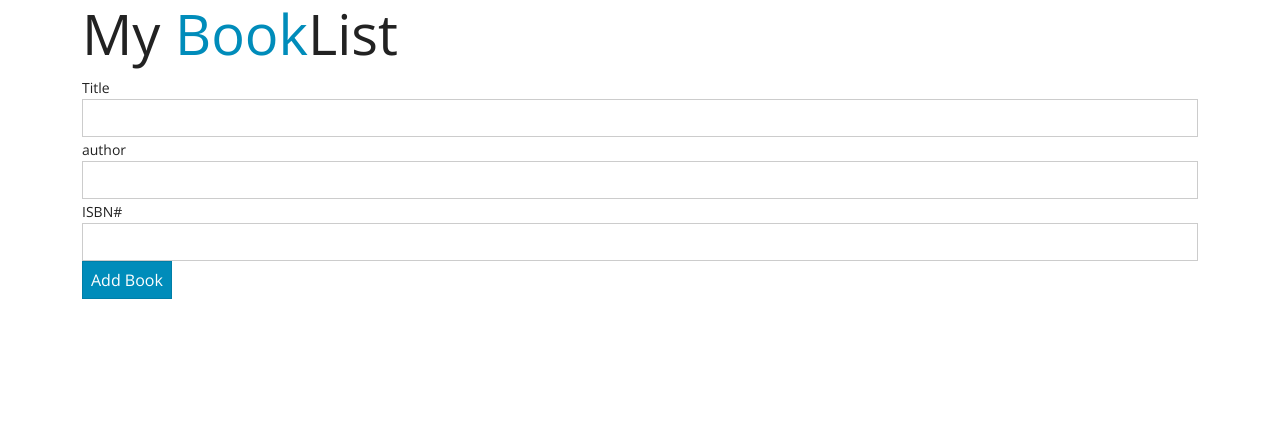
Repository: Fauzaanmhmd/vanillaBookList
Page: index.html
These files come from the project's save history. The page is drawn as it stood at one moment and after the next save; the edit follows.
The browser window is 1280 px wide. The pictures show the whole page.

Above is the page before, as saved 2022-02-15 02:44:54.

After the next save:
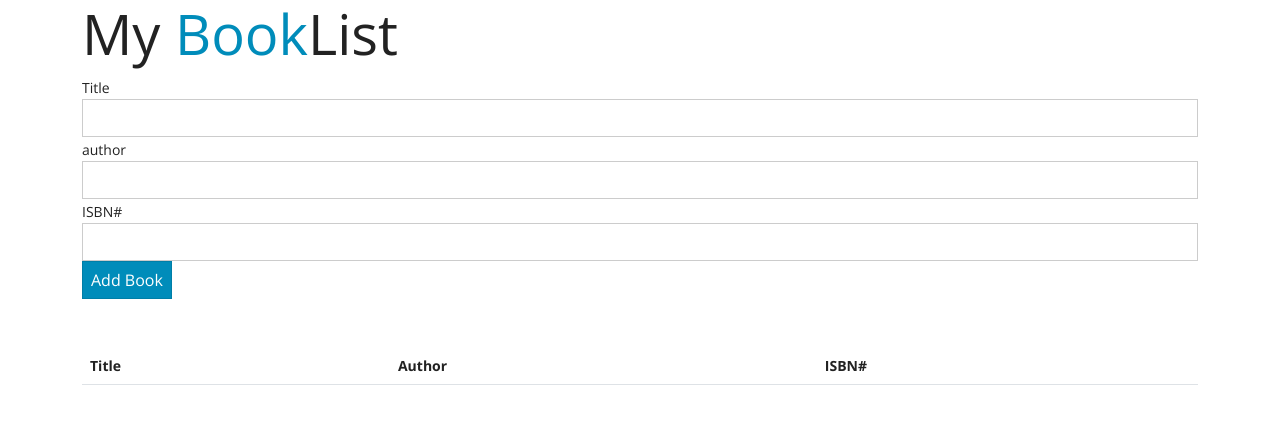
Saved 2 min 43 s later.
--- a/index.html
+++ b/index.html
@@ -27,6 +27,16 @@
             </div>
             <input type="submit" value="Add Book" class="btn btn-primary btn-block">
         </form>
+        <table class="table table-striped mt-5">
+            <thead>
+                <tr>
+                    <th>Title</th>
+                    <th>Author</th>
+                    <th>ISBN#</th>
+                </tr>
+            </thead>
+            <tbody id="book-list"></tbody>
+        </table>
     </div>
 
 </body>
